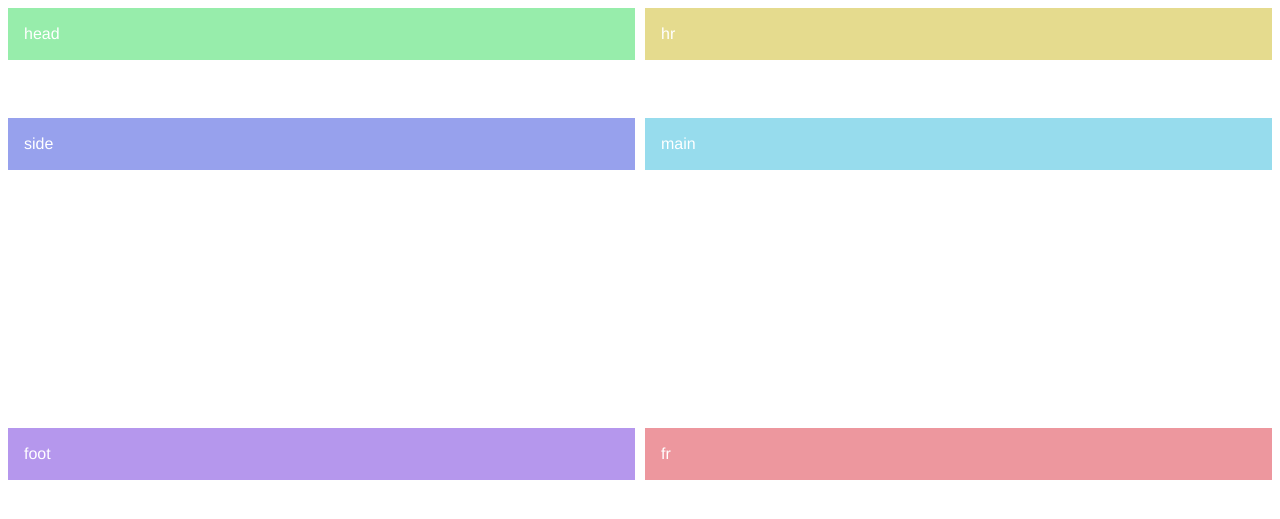
Repository: SamirIngley/html-semantic
Page: templates/grid.html
The author's editor kept a copy of each file at every save. The page is drawn from the files as they stood at one save, then again after the next save.
The browser window is 1280 px wide. The pictures show the whole page.

Above is the page before, as saved 2020-02-04 17:14:32.

After the next save:
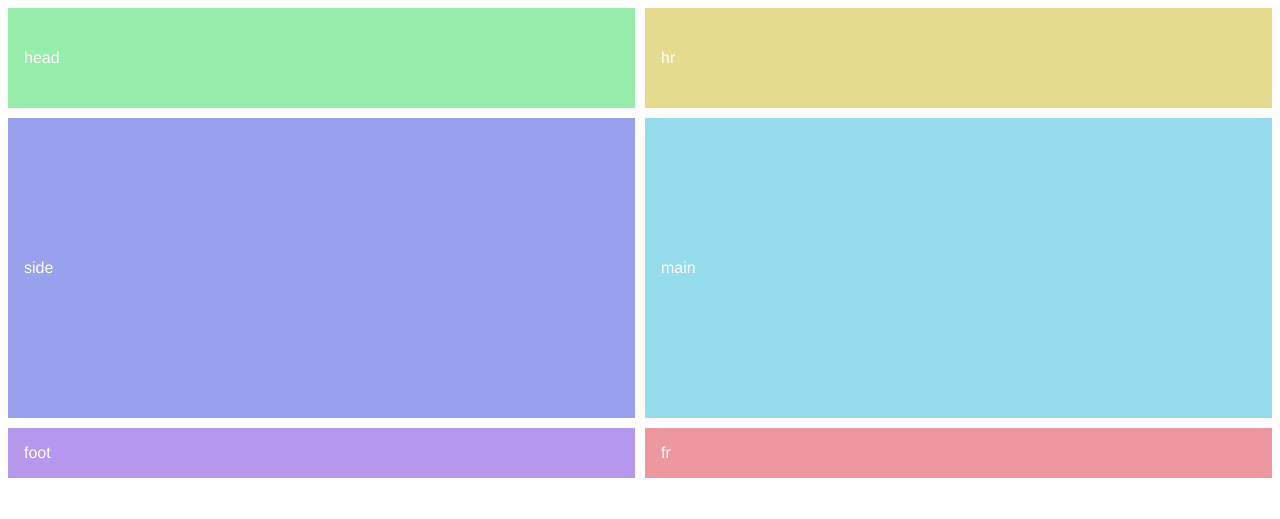
Saved 6 s later.
--- a/templates/grid.html
+++ b/templates/grid.html
@@ -52,7 +52,7 @@
     display: flex;
     justify-content: space-between;
     align-items: center;
-    height: 20px;
+    /* height: 20px; */
   }
 
   .header {
